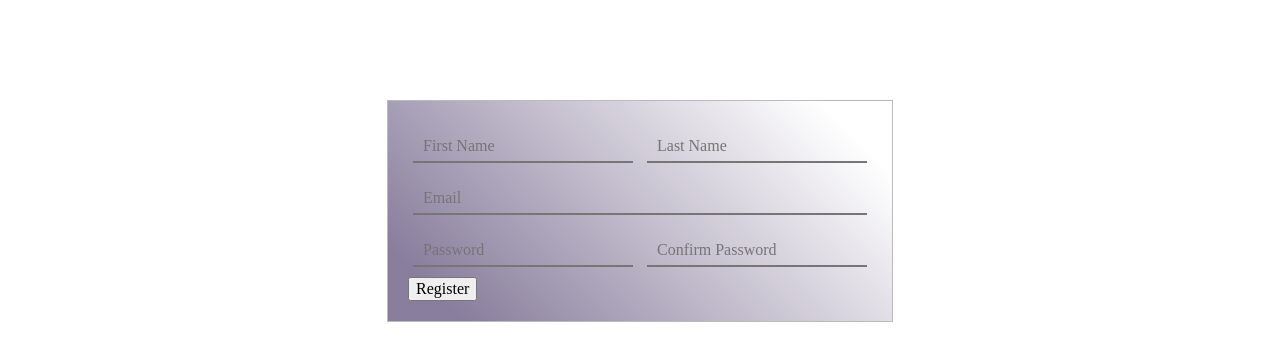
Repository: AMAmine89/vanilla-projects
Page: formo/index.html
An editor plug-in stored every save of this project. The page is shown before and after the next save, followed by the edit.
The browser window is 1280 px wide. The pictures show the whole page.

Above is the page before, as saved 2021-05-05 04:45:11.

### formo/index.html
<!DOCTYPE html>
<html lang="en">
<head>
    <meta charset="UTF-8">
    <meta http-equiv="X-UA-Compatible" content="IE=edge">
    <meta name="viewport" content="width=device-width, initial-scale=1.0">
    <link rel="stylesheet" href="css/normalize.css">
    <link rel="stylesheet" href="style.css">
    <title>Formo</title>
</head>
<body>
    <section>
        <form>
            <div class="double-block">
                <input type="text" name="first-name" placeholder="First Name">
                <input type="text" name="last-name" placeholder="Last Name">
            </div>
            <div>
                <input type="email" name="email" placeholder="Email">
            </div>
            <div class="double-block">
                <input type="password" name="password" placeholder="Password">
                <input type="password" name="confirm-password" placeholder="Confirm Password">
            </div>
            <div>
                <input type="submit" value="Register">
            </div>
        </form>
    </section>
</body>
</html>

### formo/style.css
section {
    display: flex;
    justify-content: center;
    margin-top: 100px;
}

form {
    background: linear-gradient(45deg, rgba(42, 22, 78, 0.555) 10%, white 90%);
    padding: 20px;
    border: 1px solid rgb(187, 187, 187);
    border-radius: 0%;
    -webkit-border-radius: 0%;
    -moz-border-radius: 0%;
    -ms-border-radius: 0%;
    -o-border-radius: 0%;
}


input:not(input[type="submit"]) {
    padding: 5px 10px;
    height: 20px;
    background: transparent;
    border-top: none;
    border-right: none;
    border-left: none;
    margin: 10px 5px;
    outline: none;
}

input[type="email"] {
    width: -webkit-fill-available;
}

input:not(input[type="submit"])::after {
    content: '';
    width: 0;
    display: block;
    height: 1px;
    color: rgb(49, 49, 49);
    border-bottom: 1px solid;
    transition: width .3s ease-in-out;
    -webkit-transition: width .3s ease-in-out;
    -moz-transition: width .3s ease-in-out;
    -ms-transition: width .3s ease-in-out;
    -o-transition: width .3s ease-in-out;
}

input:not(input[type="submit"]):focus::after {
    width: 100%;
}

Loaded but not shown: formo/normalize.css (library)

After the next save:
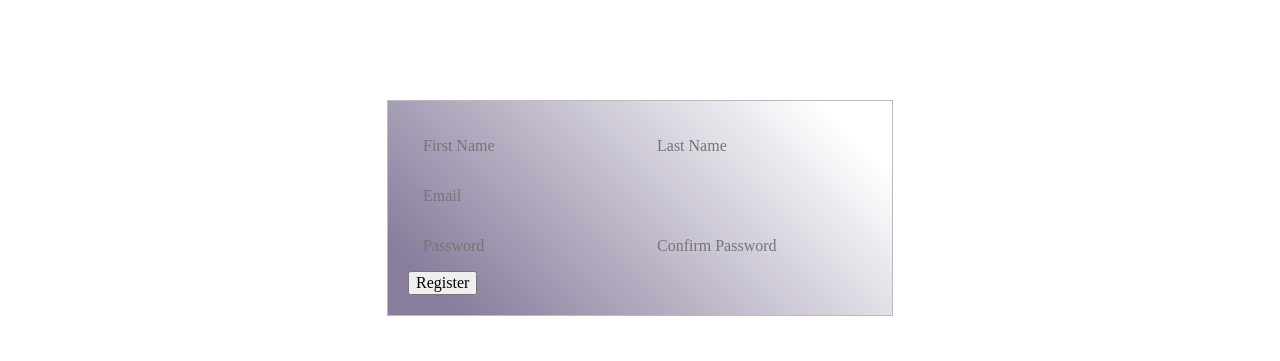
Saved 30 s later.
--- a/formo/style.css
+++ b/formo/style.css
@@ -23,6 +23,7 @@ input:not(input[type="submit"]) {
     border-top: none;
     border-right: none;
     border-left: none;
+    border-bottom: none;
     margin: 10px 5px;
     outline: none;
 }
